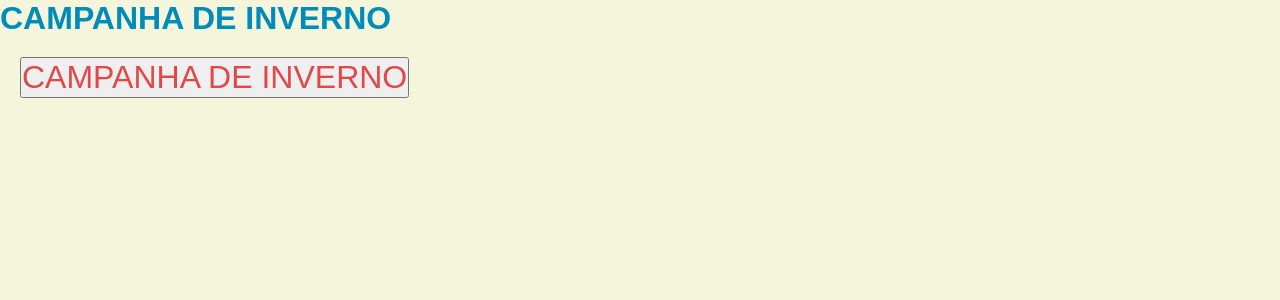
Repository: adrtrvs/qrcodeong
Page: campaignall.html
These files come from the project's save history. The page is drawn as it stood at one moment and after the next save; the edit follows.
The browser window is 1280 px wide. The pictures show the whole page.
Some web fonts or font styles are not loaded; a fallback is used.

Above is the page before, as saved 2023-05-26 09:39:11.

After the next save:
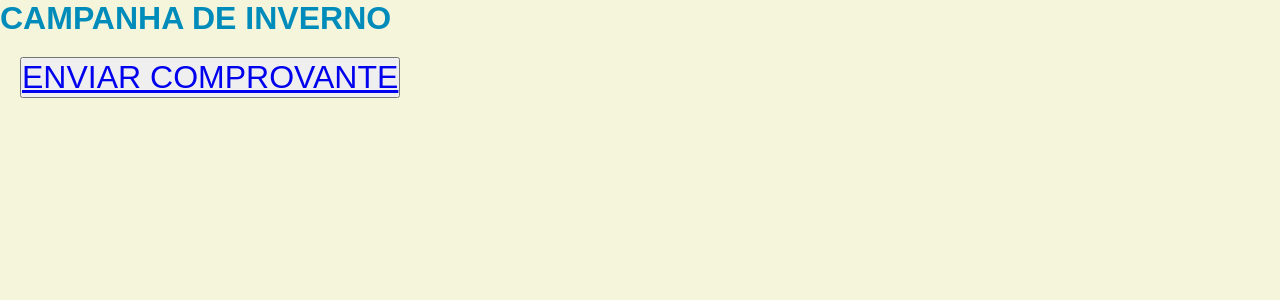
Saved 10 s later.
--- a/campaignall.html
+++ b/campaignall.html
@@ -14,6 +14,7 @@
   </head>
   <body>
     <h1>Campanha de inverno</h1>
-    <button class="campaignbutton">Campanha de inverno</button>
+    <button class="campaignbutton">
+      <a href="https://wa.link/eox7dz" target="_blank">Enviar comprovante</a>
   </body>
 </html>
